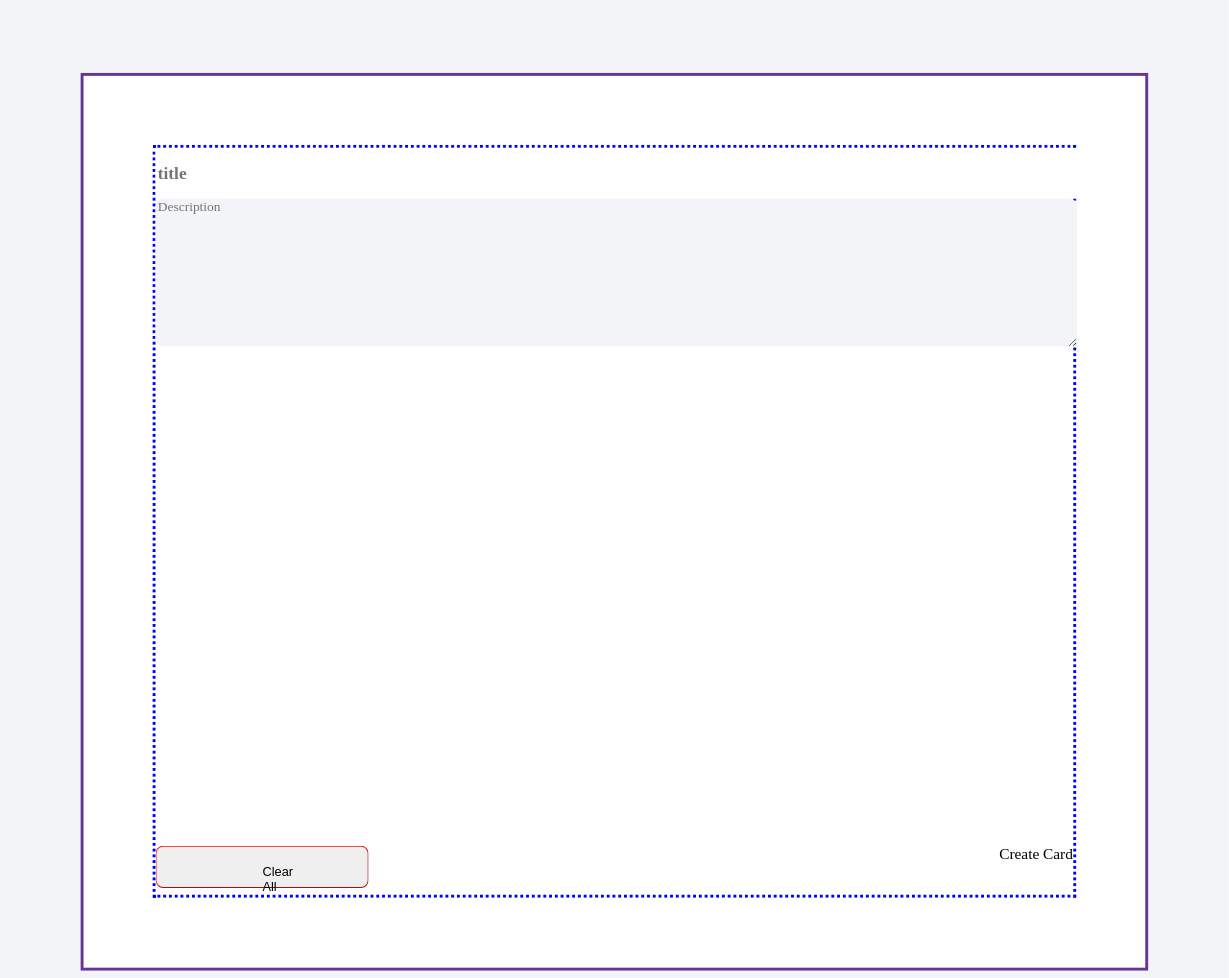
Repository: ReyhanehRahmani/TO-DO
Page: index.html
These files come from the project's save history. The page is drawn as it stood at one moment and after the next save; the edit follows.
The browser window is 1280 px wide. The pictures show the whole page, at 96% of full size.

Above is the page before, as saved 2025-06-07 22:32:27.

After the next save:
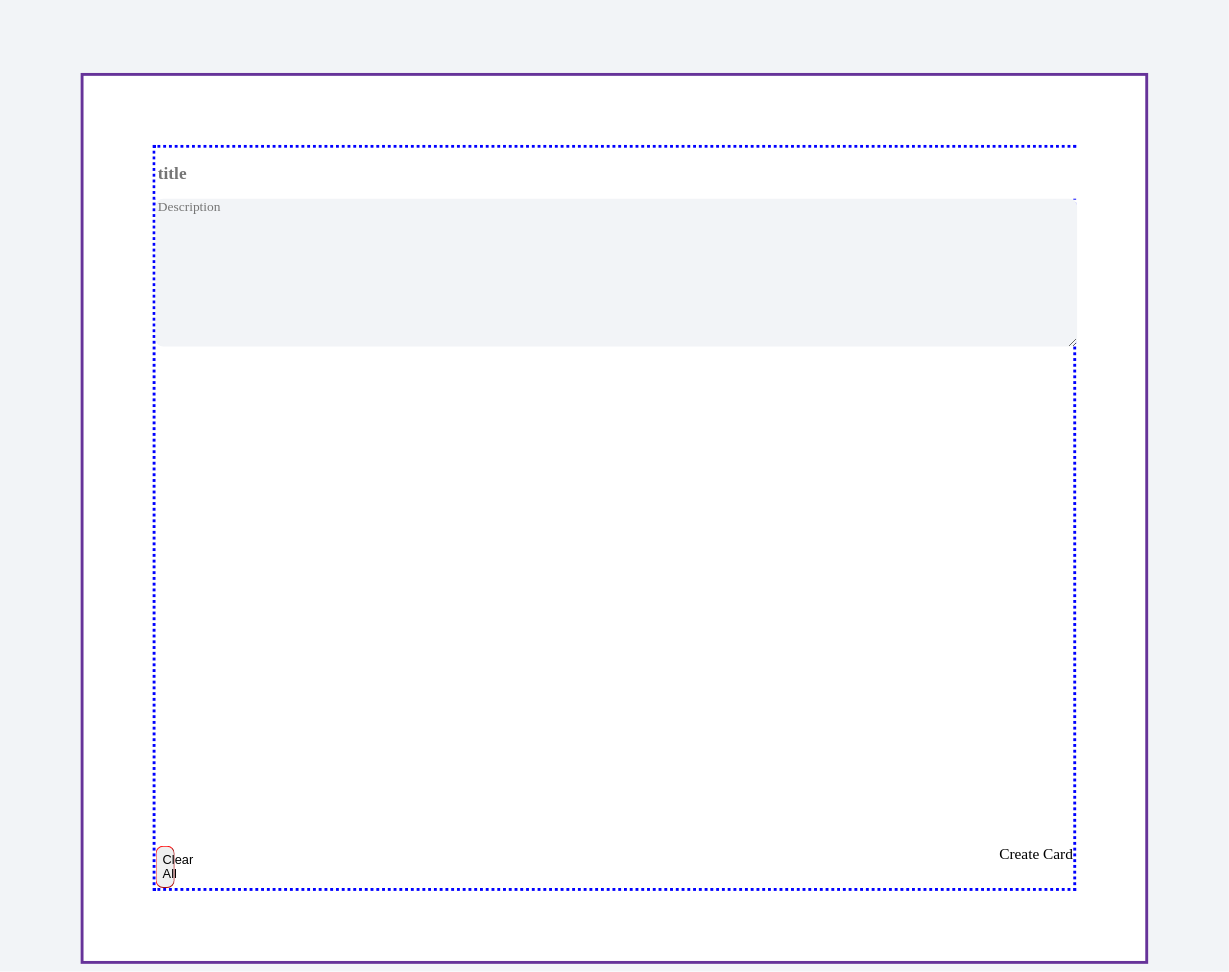
Saved 22 s later.
--- a/style.css
+++ b/style.css
@@ -62,10 +62,6 @@ body{
 #clearbut{
     width: 30.503144654%;
     height: 44px;
-    padding-top: 19px;
-    padding-right: 110px;
-    padding-bottom: 19px;
-    padding-left: 110px;
     border-radius: 8px;
     border-width: 1.4px;
     border-color: #FF1616;
